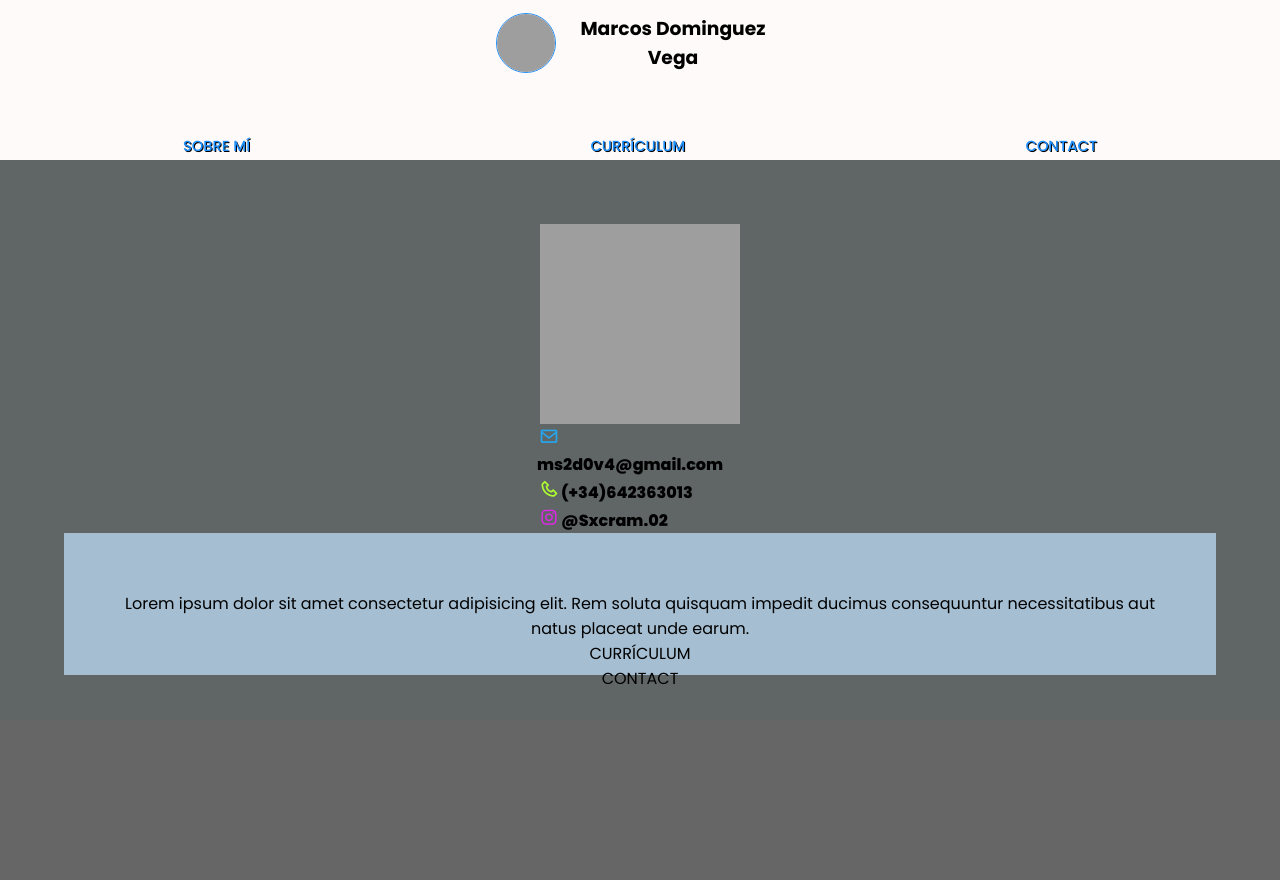
Repository: Sxcram02/Portfoliov.2
Page: index.html
The author's editor kept a copy of each file at every save. The page is drawn from the files as they stood at one save, then again after a run of saves.
The browser window is 1280 px wide. The pictures show the whole page.
Pictures or frames that could not be fetched are drawn as grey boxes.

Above is the page before, as saved 2023-04-11 00:29:21.

### index.html
<!DOCTYPE html>
<html lang="en">
<head>
    <meta charset="UTF-8">
    <meta http-equiv="X-UA-Compatible" content="IE=edge">
    <meta name="viewport" content="width=device-width, initial-scale=1.0">
    <link rel="stylesheet" href="css/style.css" />
    <link rel="shortcut icon" href="https://picsum.photo/160" type="image/x-icon" />
    <link rel="stylesheet" href="https://unpkg.com/boxicons@latest/css/boxicons.min.css" />
    <title>miPortFolio</title>
</head>
<body>
    <div class="root">
        <header>
            <div class="box-porfile">
                <img src="https://picsum.photos/200" alt="porfile" />
                <h3 class="name">Marcos Dominguez Vega</h3>
            </div>
            <nav>
                <ul class="nav-bar">
                    <li><a href="">SOBRE MÍ</a></li>
                    <li><a href="">CURRÍCULUM</a></li>
                    <li><a href="">CONTACT</a></li>
                </ul>
            </nav>
        </header>
        <main>
            <section class="sobreMi">
                <article class="box-image">
                    <img src="https://picsum.photos/200" alt="porfile" />
                    <ul class="redes">
                        <li><i class='bx bx-envelope' style='color:#24a7ef;font-size: 20px;' ></i>ms2d0v4@gmail.com</li>
                        <li><i class='bx bx-phone' style="color:greenyellow; font-size: 20px;"></i>(+34)642363013</li>
                        <li><i class='bx bxl-instagram' style='color:#e624ef;font-size: 20px;'  ></i>@Sxcram.02</li>
                    </ul>
                </article>
                <article class="info">
                    <p>Lorem ipsum dolor sit amet consectetur adipisicing elit. Rem soluta quisquam impedit ducimus consequuntur necessitatibus aut natus placeat unde earum.</p>
                    <ul class="nav-bar2">
                        <li>CURRÍCULUM</li>
                        <li>CONTACT</li>
                    </ul>
                </article>
            </section>
        </main>
    </div>
</body>
</html>

### css/style.css
@import url('https://fonts.googleapis.com/css2?family=Poppins:ital,wght@0,400;0,500;0,600;0,700;0,800;0,900;1,400&display=swap');

* {
    margin: 0;
    padding: 0;
    box-sizing: border-box;
    font-family: 'Poppins',sans-serif;
    list-style: none;
    text-decoration: none;
}

.root {
    width: 100vw;
    height: 100vh;
    background-color: azure;
}

header {
    width: 100%;
    height: 10em;
    padding: 1%;
    background-color: snow;
    display: flex;
    flex-direction: column;
    align-items: center;
}

.box-porfile {
    display: flex;
    align-items: center;
    text-align: center;
}

.box-porfile > img {
    width: 60px;
    height: 60px;
    border-radius: 100%;
    margin-left: 2%;
    border: 1px solid dodgerblue;
}

.box-porfile > img:hover {
    border: 1px solid orange;
    transition: all 0.3s;
}

nav {
    width: 100%;
    margin-top: 5%;
}

.nav-bar {
    display: flex;
    align-items: center;
    justify-content: space-around;
    font-weight: 500;
    text-shadow: 1px 1px black;
    font-size: 11pt;
}

.nav-bar li > a {
    border-radius: 10px;
    padding: 10px;
    cursor: pointer;
    color: dodgerblue;
}

.nav-bar li:hover > a {
    background-color: rgba(128, 128, 128, 0.604);
    color:orange;
    transition: all 0.3s;
}

main {
    width: 100vw;
    height: 100vh;
}

.sobreMi {
    height: 100vh;
    padding: 5%;
    background-color: rgba(0, 0, 0, 0.599);
    display: grid;
    grid-template-columns: 1,1fr;
    grid-template-rows: repeat(2,1fr);
}

.box-image {
    height: 50%;
    grid-column: 1/2;
    grid-row: 1/2;
    display: flex;
    flex-direction: column;
    align-items: center;
    font-size: 12pt;
    font-weight: 800;
}

i {
    margin: 1%;
}
.info {
    height: 50%;
    grid-column: 1/2;
    grid-row: 2/3;
    text-align: center;
    padding: 5%;
    background-color: rgba(195, 227, 254, 0.704);
}

After the next 2 saves:
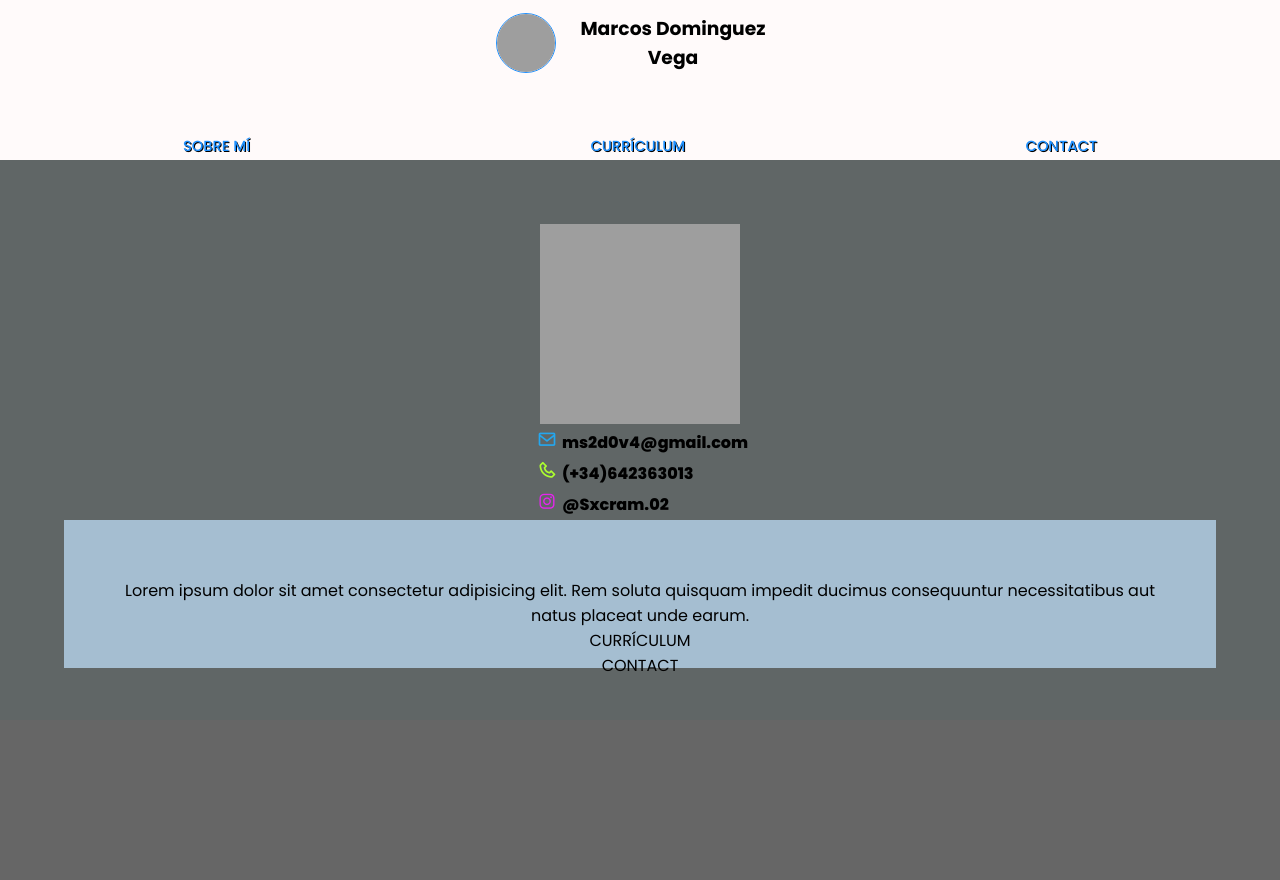
The 2 saves are shown as one change because they came seconds apart.
The last was saved 9 s later.
--- a/css/style.css
+++ b/css/style.css
@@ -97,7 +97,7 @@ main {
 }
 
 i {
-    margin: 1%;
+    margin: 5px;
 }
 .info {
     height: 50%;
